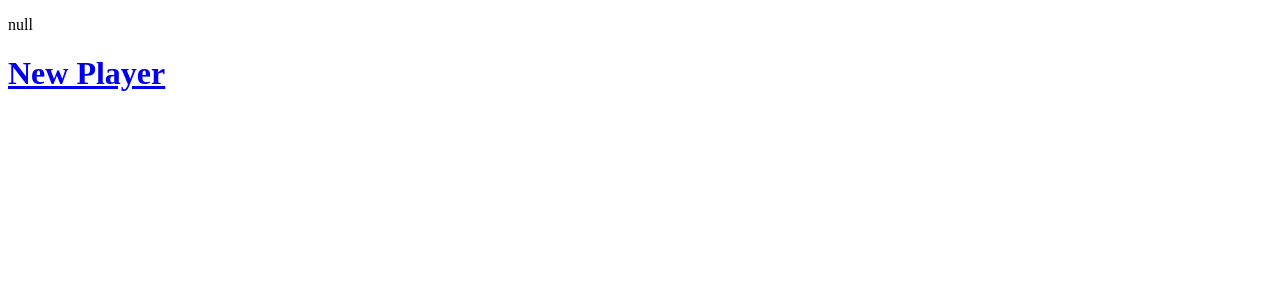
Repository: ohis/JAVAOnTheWeb
Page: http://localhost/TeamRoster/TeamInfo
The author's editor kept a copy of each file at every save. The page is drawn from the files as they stood at one save, then again after the next save.
The browser window is 1280 px wide. The pictures show the whole page.
The page is served by Tomcat 9. Other server files are loaded and not shown.

Above is the page before, as saved 2017-12-04 04:23:29.

### servlets/TeamRoster/WebContent/WEB-INF/views/TeamInfo.jsp
<%@ page language="java" contentType="text/html; charset=ISO-8859-1"
    pageEncoding="ISO-8859-1"%>
     <%@ taglib prefix="c" uri="http://java.sun.com/jsp/jstl/core" %>
<!DOCTYPE html PUBLIC "-//W3C//DTD HTML 4.01 Transitional//EN" "http://www.w3.org/TR/html4/loose.dtd">
<html>
<head>
<meta http-equiv="Content-Type" content="text/html; charset=ISO-8859-1">
<title>Team Info</title>
</head>
<body>
    <% String t = (String)request.getSession().getAttribute("tname"); %>
       <p> <%= t %></p>
  <h1><a href="#">New Player</a></h1>
</body>
</html>

### servlets/TeamRoster/src/com/codingdojo/web/controller/team/TeamInfo.java
package com.codingdojo.web.controller.team;

import java.io.IOException;

import javax.servlet.RequestDispatcher;
import javax.servlet.ServletException;
import javax.servlet.annotation.WebServlet;
import javax.servlet.http.HttpServlet;
import javax.servlet.http.HttpServletRequest;
import javax.servlet.http.HttpServletResponse;
import javax.servlet.http.HttpSession;

/**
 * Servlet implementation class TeamInfo
 */
@WebServlet("/TeamInfo")
public class TeamInfo extends HttpServlet {
	private static final long serialVersionUID = 1L;

    /**
     * @see HttpServlet#HttpServlet()
     */
    public TeamInfo() {
        super();
        // TODO Auto-generated constructor stub
    }

	/**
	 * @see HttpServlet#doGet(HttpServletRequest request, HttpServletResponse response)
	 */
	protected void doGet(HttpServletRequest request, HttpServletResponse response) throws ServletException, IOException {
		// TODO Auto-generated method stub
		HttpSession session = request.getSession();
		String tName = (String)session.getAttribute("name");
		session.setAttribute("tname", tName);
		RequestDispatcher view = request.getRequestDispatcher("/WEB-INF/views/TeamInfo.jsp");
		view.forward(request, response);
	}

	/**
	 * @see HttpServlet#doPost(HttpServletRequest request, HttpServletResponse response)
	 */
	protected void doPost(HttpServletRequest request, HttpServletResponse response) throws ServletException, IOException {
		// TODO Auto-generated method stub
		doGet(request, response);
	}

}

After the next save:
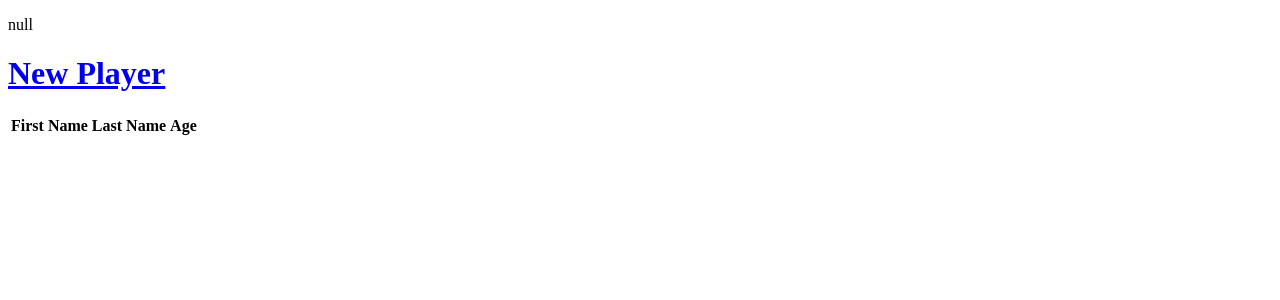
Saved 2 min 5 s later.
--- a/servlets/TeamRoster/WebContent/WEB-INF/views/TeamInfo.jsp
+++ b/servlets/TeamRoster/WebContent/WEB-INF/views/TeamInfo.jsp
@@ -11,5 +11,13 @@
     <% String t = (String)request.getSession().getAttribute("tname"); %>
        <p> <%= t %></p>
   <h1><a href="#">New Player</a></h1>
+
+  <table>
+   <tr>
+     <th>First Name</th>
+     <th>Last Name</th>
+     <th>Age</th>
+   </tr>
+  </table>
 </body>
 </html>
